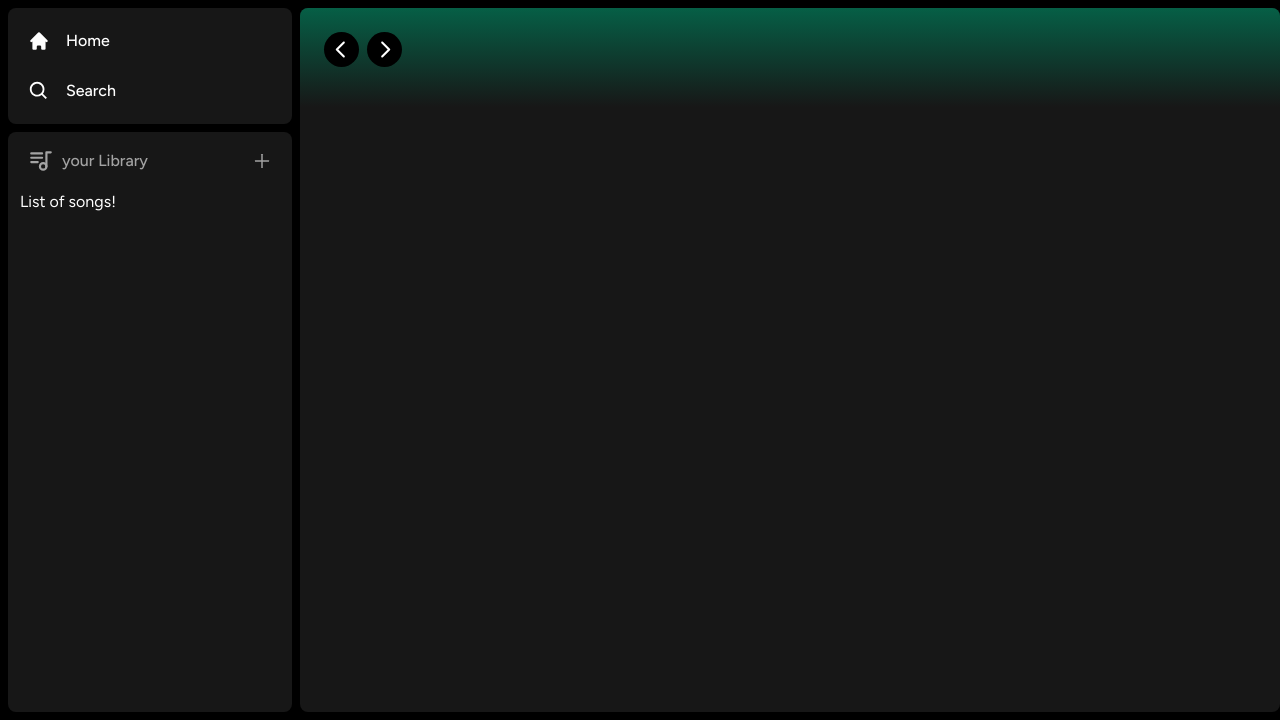
Repository: kjh4357/clone-spotify
Page: /
These files come from the project's save history. The page is drawn as it stood at one moment and after the next save; the edit follows.
The browser window is 1280 px wide. The pictures show the whole page.
The project was rebuilt for these pictures with package versions that can differ from the ones it lists, and the page was loaded fresh each time. The framework's server and built-in components were replaced by stand-ins that run in the browser. Also part of the build but not shown: next.config.mjs.

Above is the page before, as saved 2024-09-25 17:33:38.

### src/app/layout.tsx
import type { Metadata } from 'next';
import { Figtree } from 'next/font/google';
import './globals.css';
import Sidebar from '@/components/Sidebar';

const font = Figtree({ subsets: ['latin'] });

export const metadata: Metadata = {
  title: 'Spotify Clone',
  description: 'Listen to your favorite music',
};

export default function RootLayout({
  children,
}: Readonly<{
  children: React.ReactNode;
}>) {
  return (
    <html lang='en'>
      <body className={font.className}>
        <Sidebar>{children}</Sidebar>
      </body>
    </html>
  );
}

### src/app/(site)/page.tsx
import Header from '@/components/Header';

export default function Home() {
  return (
    <div className='bg-neutral-900 rounded-lg h-full w-full overflow-hidden overflow-y-auto'>
      <Header>Header</Header>
    </div>
  );
}

### src/components/Sidebar.tsx
'use client';

import { usePathname } from 'next/navigation';
import { useMemo } from 'react';
import { BiSearch } from 'react-icons/bi';
import { HiHome } from 'react-icons/hi';
import Box from './Box';
import SidebarItem from './SidebarItem';
import Library from './Library';

interface SidebarProps {
  children: React.ReactNode;
}
const Sidebar: React.FC<SidebarProps> = ({ children }) => {
  const pathname = usePathname();
  const routes = useMemo(
    () => [
      {
        icon: HiHome,
        label: 'Home',
        active: pathname !== '/search',
        href: '/',
      },
      {
        icon: BiSearch,
        label: 'Search',
        active: pathname !== '/search',
        href: '/search',
      },
    ],
    [pathname]
  );
  return (
    <div className='flex h-full'>
      <div className='hidden md:flex flex-col gap-y-2 bg-black w-[300px] p-2'>
        <Box classname=''>
          <div className='flex flex-col gap-y-4 px-5 py-4'>
            {routes.map((item) => (
              <SidebarItem key={item.label} {...item} />
            ))}
          </div>
        </Box>
        <Box classname='overflow-y-auto h-full'>
          <Library />
        </Box>
      </div>
      <main className='h-full flex-1 overflow-y-auto py-2'>{children}</main>
    </div>
  );
};

export default Sidebar;

### src/components/Header.tsx
'use client';

import { useRouter } from 'next/navigation';
import { BiSearch } from 'react-icons/bi';
import { HiHome } from 'react-icons/hi';
import { RxCaretLeft, RxCaretRight } from 'react-icons/rx';
import { twMerge } from 'tailwind-merge';
import Button from './Button';

interface HeaderProps {
  children: React.ReactNode;
  classname?: string;
}

const Header: React.FC<HeaderProps> = ({ children, classname }) => {
  const router = useRouter();

  const handleLogout = () => {};
  return (
    <header
      className={twMerge(
        `h-fit bg-gradient-to-b from-emerald-800 p-6`,
        classname
      )}
    >
      <div className='w-full mb-4 flex items-center justify-between'>
        <div className='hidden md:flex gap-x-2 items-center'>
          <button
            onClick={() => router.back()}
            className='rounded-full bg-black flex items-center justify-center hovre:opacity-75 transition'
          >
            <RxCaretLeft className='text-white' size={35} />
          </button>
          <button
            onClick={() => router.forward()}
            className='rounded-full bg-black flex items-center justify-center hovre:opacity-75 transition'
          >
            <RxCaretRight className='text-white' size={35} />
          </button>
        </div>
        <div className='flex md:hidden gap-x-2 items-center'>
          <button className='rounded-full p02 bg-white flex items-center justify-center hover:opacity-75 transition'>
            <HiHome className='text-black' size={20} />
          </button>
          <button className='rounded-full p02 bg-white flex items-center justify-center hover:opacity-75 transition'>
            <BiSearch className='text-black' size={20} />
          </button>
        </div>
        <div className='flex justify-between items-center gap-x-4'>
          <>
            <div>
              <Button>Sign up</Button>
            </div>
          </>
        </div>
      </div>
    </header>
  );
};

export default Header;

### src/components/Box.tsx
import { twMerge } from 'tailwind-merge';

interface BoxProps {
  children: React.ReactNode;
  classname: string;
}
const Box: React.FC<BoxProps> = ({ children, classname }) => {
  return (
    <div
      className={twMerge(`bg-neutral-900 rounded-lg h-fit w-full`, classname)}
    >
      {children}
    </div>
  );
};

export default Box;

### src/components/SidebarItem.tsx
import Link from 'next/link';
import { IconType } from 'react-icons';
import { twMerge } from 'tailwind-merge';

interface SidebarItemProps {
  icon: IconType;
  label: string;
  active: boolean;
  href: string;
}

const SidebarItem: React.FC<SidebarItemProps> = ({
  icon: Icon,
  label,
  active,
  href,
}) => {
  return (
    <Link
      href={href}
      className={twMerge(
        `flex flex-row h-auto items-center w-full gap-x-4 text-md font-medium cursor-pointer hover:text-white transition text-neutral-400 py-1`,
        active ? 'text-white' : 'text-white'
      )}
    >
      <Icon size={26} />
      <span className='truncate w-full'>{label}</span>
    </Link>
  );
};

export default SidebarItem;

### src/components/Library.tsx
'use client';

import { AiOutlinePlus } from 'react-icons/ai';
import { TbPlaylist } from 'react-icons/tb';

const Library: React.FC = () => {
  const onClick = () => {
    console.log('Create Playlist');
  };
  return (
    <div className='flex flex-col'>
      <div className='flex items-center justify-between px-5 pt-4'>
        <div className='inline-flex items-center gap-x-2'>
          <TbPlaylist className='text-neutral-400' size={26} />
          <p className='text-neutral-400 font-medium text-md'>your Library</p>
        </div>
        <AiOutlinePlus
          className='text-neutral-400 cursor-pointer hover:text-white transition'
          onClick={onClick}
          size={20}
        />
      </div>
      <div className='flex flex-col gap-y-2 mt-4 px-3'>List of songs!</div>
    </div>
  );
};

export default Library;

### src/components/Button.tsx
import { forwardRef } from 'react';

interface ButtonProps extends React.ButtonHTMLAttributes<HTMLButtonElement> {}

const Button = forwardRef<HTMLButtonElement, ButtonProps>(
  ({ className, children, disabled, type = 'button', ...props }, ref) => {
    return <button></button>;
  }
);

Button.displayName = 'Button';

export default Button;

Loaded but not shown: src/app/globals.css (common file); tailwind.config.ts (common file)

After the next save:
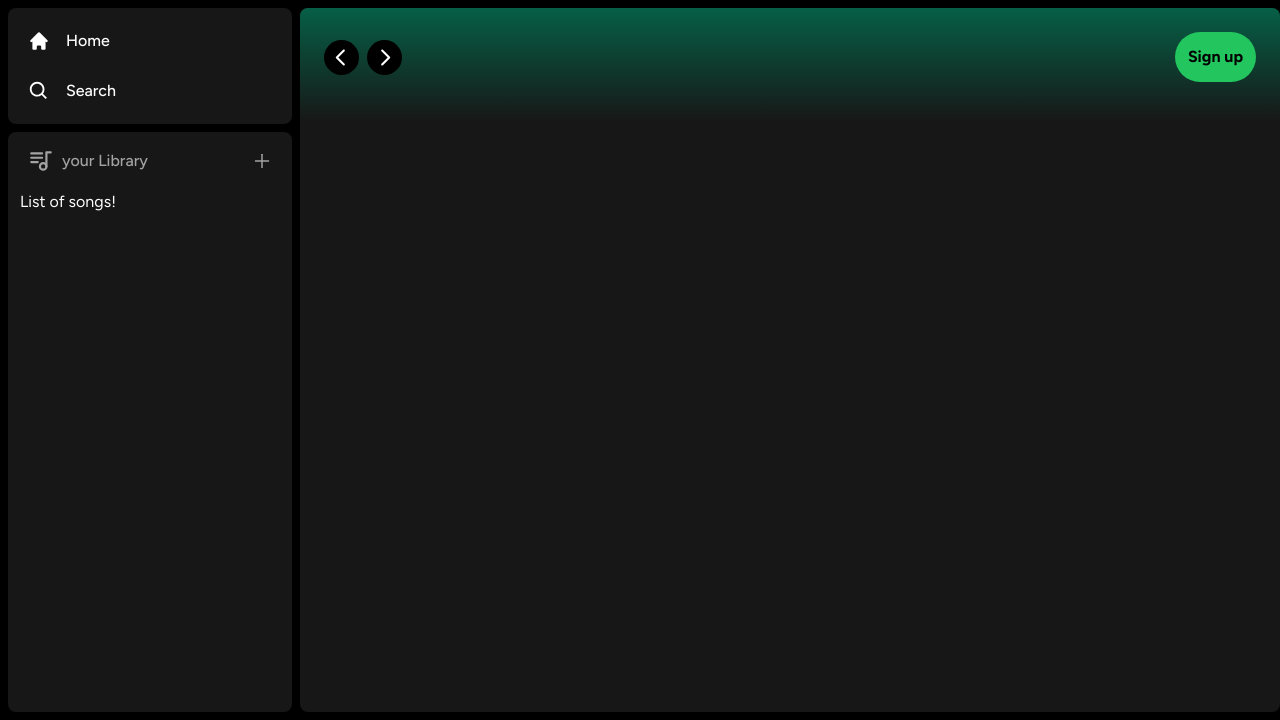
Saved 2 min 58 s later.
--- a/src/components/Button.tsx
+++ b/src/components/Button.tsx
@@ -1,10 +1,22 @@
 import { forwardRef } from 'react';
+import { twMerge } from 'tailwind-merge';
 
 interface ButtonProps extends React.ButtonHTMLAttributes<HTMLButtonElement> {}
 
 const Button = forwardRef<HTMLButtonElement, ButtonProps>(
   ({ className, children, disabled, type = 'button', ...props }, ref) => {
-    return <button></button>;
+    return (
+      <button
+        type={type}
+        className={twMerge(
+          `w-full rounded-full bg-green-500 border border-transparent px-3 py-3 disabled:cursor-not-allowed disabled:opacity-50 text-black font-bold hover:opacity-75 transition`,
+          className
+        )}
+        disabled={disabled}
+      >
+        {children}
+      </button>
+    );
   }
 );
 
